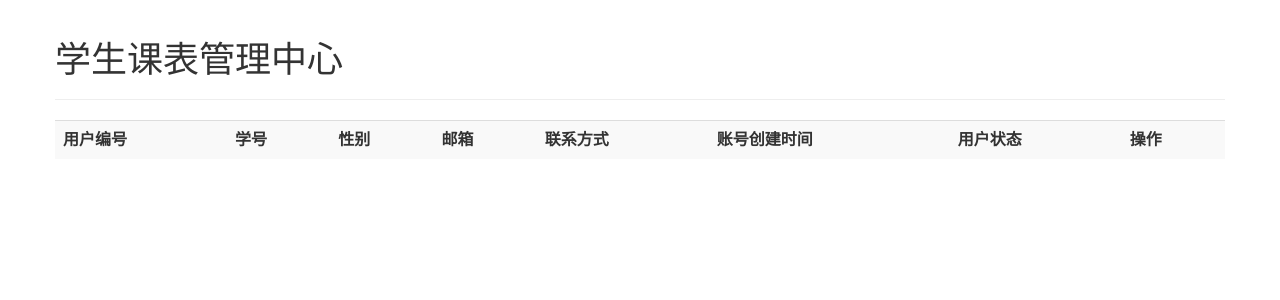
Repository: JetChen07/mybatis
Page: http://localhost/course/
An editor plug-in stored every save of this project. The page is shown before and after the next save, followed by the edit.
The browser window is 1280 px wide. The pictures show the whole page.
The page is served by Tomcat 9. Other server files are loaded and not shown.

Above is the page before, as saved 2018-05-21 08:13:48.

### course/src/main/webapp/index.jsp
<%@ page contentType="text/html;charset=UTF-8" language="java" %>
<%@ taglib prefix="c" uri="http://java.sun.com/jsp/jstl/core"%>
<%@ taglib prefix="fmt" uri="http://java.sun.com/jsp/jstl/fmt" %>
<html>
<head>
    <title>学生课表管理中心</title>
    <link rel="stylesheet" href="lib/bootstrap-3.3.7-dist/css/bootstrap.min.css">
    <script src="lib/2.2.4/jquery-1.12.4.min.js"></script>
    <script src="lib/bootstrap-3.3.7-dist/js/bootstrap.min.js"></script>
</head>
<div class="container">
    <div class="row">
        <div class="page-header">
            <h1>学生课表管理中心</h1>
        </div>
    </div>
    <div class="row">
    	 <table class="table table-hover table-striped">
            <tr>
                <th>用户编号</th>
                <th>学号</th>
                <th>性别</th>
                <th>邮箱</th>
                <th>联系方式</th>
                <th>账号创建时间</th>
                <th>用户状态</th>
                <th>操作</th>
            </tr>
         </table>
    </div>
</div>
</html>

Loaded but not shown: course/src/main/webapp/lib/bootstrap-3.3.7-dist/css/bootstrap.min.css (library); course/src/main/webapp/lib/2.2.4/jquery-1.12.4.min.js (library); course/src/main/webapp/lib/bootstrap-3.3.7-dist/js/bootstrap.min.js (library)

After the next save:
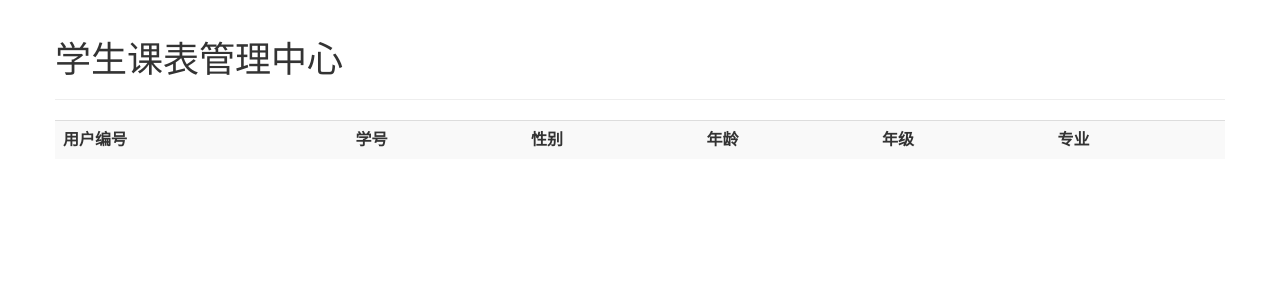
Saved 49 s later.
--- a/course/src/main/webapp/index.jsp
+++ b/course/src/main/webapp/index.jsp
@@ -20,11 +20,9 @@
                 <th>用户编号</th>
                 <th>学号</th>
                 <th>性别</th>
-                <th>邮箱</th>
-                <th>联系方式</th>
-                <th>账号创建时间</th>
-                <th>用户状态</th>
-                <th>操作</th>
+                <th>年龄</th>
+                <th>年级</th>
+                <th>专业</th>
             </tr>
          </table>
     </div>
